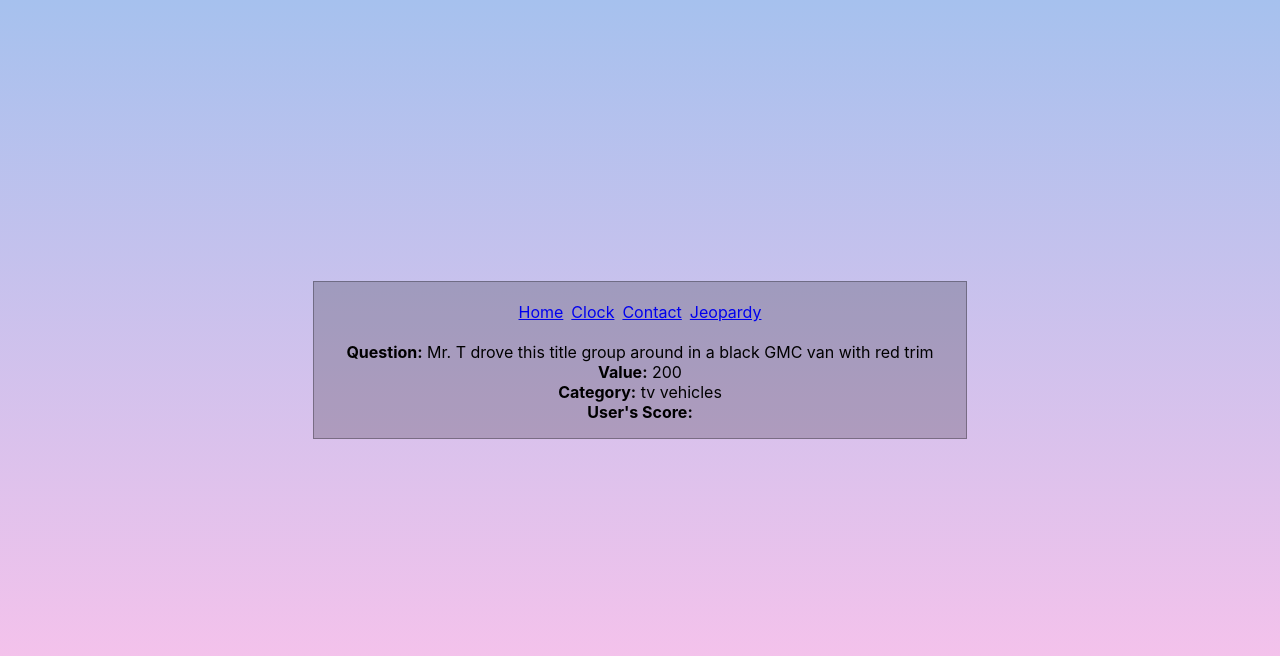
Repository: marcusmerrick/jeopardy
Page: /jeopardy
These files come from the project's save history. The page is drawn as it stood at one moment and after the next save; the edit follows.
The browser window is 1280 px wide. The pictures show the whole page.
The page's requests for data from a server got no answer. The project was rebuilt for these pictures with package versions that can differ from the ones it lists, and the page was loaded fresh each time. No one was signed in, and anything a server would have sent is missing. Also part of the build but not shown: src/Components/Welcome/Welcome.js, src/Components/Clocks/Clock.js, src/Components/Contact/Contact.js.

Above is the page before, as saved 2020-08-28 10:58:06.

### src/index.css
body {
  margin: 0;
  padding: 0;
  font-family: -apple-system, BlinkMacSystemFont, "Segoe UI", "Roboto", "Oxygen",
    "Ubuntu", "Cantarell", "Fira Sans", "Droid Sans", "Helvetica Neue",
    sans-serif;
  -webkit-font-smoothing: antialiased;
  -moz-osx-font-smoothing: grayscale;

  display: flex;
  height: 100vh;
  align-items: center;
  justify-content: center;

  background-image: linear-gradient(to top, #fbc2eb 0%, #a6c1ee 100%);
}

.App {
  background: rgba(0, 0, 0, 0.2);
  border: 1px solid rgba(0, 0 ,0, 0.3);
  padding: 1rem 2rem;
}

form > div {
  margin-bottom: 0.5rem;
}

label {
  margin-right: 0.5rem;
}

input {
  border: 1px solid rgba(0, 0 ,0, 0.5);
  font-size: 1rem;
  padding: 4px;
}

button {
  background: #7067CFAA;
  padding: 4px;
  border: 1px solid rgba(0, 0 ,0, 0.5);
  color: white;
  font-size: 1rem;
  width: 100%;
}

.Welcome {
  width: 100%;
}

.Navigation {
  margin-bottom: 1rem;
}

.Navigation ul {
  list-style-type: none;
  margin: 0;
  padding: 0;
}

.Navigation li {
  display: inline-block;
}

.Navigation a {
  display: block;
  padding: 4px;
}

### src/App.js
import React from "react";
import { Route, Switch, Redirect } from 'react-router-dom';
import "./App.css";
import Navigation from './Components/Navigation/Navigation'
import Welcome from './Components/Welcome/Welcome';
import Clock from './Components/Clocks/Clock';
import Contact from './Components/Contact/Contact';
import getTodo from './Services/todoService'
import Jeopardy from "./Components/jeopardy/Jeopardy";
getTodo(1)



function App() {

  return (<div className="App">

    <Navigation />
     {/* define our routes */}

     <Switch>
      <Route
          exact

          path="/Welcome/:name"
          render={(props) => <Welcome {...props} />}
      />
        <Route
        exact path='/'
        render={(props) => <Welcome {...props} name="Marcus" />}
      />

        <Route path="/clock" component={Clock} />
        <Route path="/contact" component={Contact} />
        <Route path="/jeopardy" component={Jeopardy} />
        <Route render= {
          () => <h1>404 Not Found</h1>
        } />
      </Switch>

    </div>
    );
}

export default App;

### src/Components/Navigation/Navigation.js
import React from 'react';
import { Link } from 'react-router-dom';

function Navigation(){
    return(
        <div className="Navigation">
            <ul>
                <li><Link to='/'>Home</Link></li>
                <li><Link to='Clock'>Clock</Link></li>
                <li><Link to='Contact'>Contact</Link></li>
                <li><Link to='Jeopardy'>Jeopardy</Link></li>
            </ul>
        </div>
    )
};

export default Navigation;

### src/Services/todoService.js
function getTodo(id = 1) {

  // const promise =   fetch('https://jsonplaceholder.typicode.com/todos/' + id)
  // console.log("1.", promise)
  // const promiseofwhat = promise.then(response => response.json())
  // console.log('2.', promiseofwhat)

  // promiseofwhat.then(payload => {
  //   console.log(payload)
  // })

console.log('First')
fetch('https://jsonplaceholder.typicode.com/todos/' + id)
  .then(response => {
    console.log('Second')
    return response.json()
  })
  .then (payload => {
    console.log('Third')
    console.log(payload)
  })
  console.log('Fourth')
}

// First console is synchronous (runs immediately
// in the order written)

// Second console is asynchronous and cannot run until the http request/response  succeeds

//Third console is asynchronous and cannot run until the http response body is finallly hydrated into a JS object

//fourth console is synchronous, so run immediately after the previous sync thing

export default getTodo

### src/Components/jeopardy/Jeopardy.js
import React, { Component } from 'react';
//import our service
import JeopardyService from "../../jeopardyService";
class Jeopardy extends Component {
  //set our initial state and set up our service as this.client on this component
  constructor(props){
    super(props);
    this.client = new JeopardyService();
    this.state = {
      data:   {
        "id": null,
        "answer": "",
        "question": "Mr. T drove this title group around in a black GMC van with red trim",
        "value": 200,
        "airdate": "1997-09-29T12:00:00.000Z",
        "created_at": "2014-02-11T23:01:57.371Z",
        "updated_at": "2014-02-11T23:01:57.371Z",
        "category_id": 2994,
        "game_id": null,
        "invalid_count": null,
        "category": {
          "id": 2994,
          "title": "tv vehicles",
          "created_at": "2014-02-11T23:01:57.180Z",
          "updated_at": "2014-02-11T23:01:57.180Z",
          "clues_count": 5
        }
      },
      score: 0
    }

  }
  //get a new random question from the API and add it to the data object in state
  getNewQuestion() {
    return this.client.getQuestion().then(result => {
      this.setState({
        data: result.data[0]
      })
    })
  }
  //when the component mounts, get a the first question
  componentDidMount() {
    this.getNewQuestion();
  }
  //display the results on the screen
  render() {

    let category = 'loading'

    if (this.state.data.category && this.state.data.category.title){ category = this.state.data.category.title}
    return (
      <div>
        <strong>Question:</strong> {this.state.data.question} <br/>
       <strong>Value:</strong> {this.state.data.value}
       <br/>
       <strong>Category:</strong> {category}
       <br/>
       <strong>User's Score:</strong> {this.state.data.score}
      </div>
    );
  }
}
export default Jeopardy;

### src/jeopardyService.js
//import the axios HTTP client to communicate with the API
import axios from 'axios';
class JeopardyService {
    constructor(url = 'http://jservice.io/api/random', client = axios.create()){
        this.url = url;
        this.client = client;
    }
    getQuestion(){
        return this.client.get(this.url);
    }
}
export default JeopardyService;

Loaded but not shown: public/index.html (common file); src/index.js (common file); src/serviceWorker.js (common file); src/App.css (common file)

After the next save:
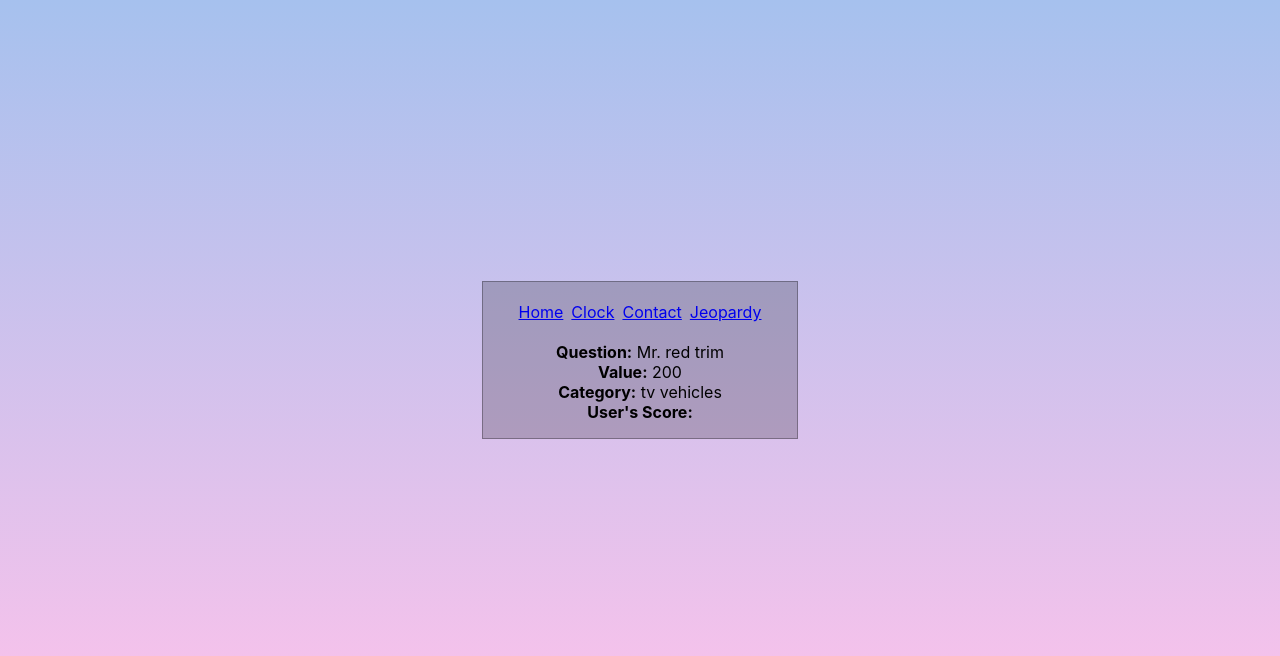
Saved 4 s later.
--- a/src/Components/jeopardy/Jeopardy.js
+++ b/src/Components/jeopardy/Jeopardy.js
@@ -10,7 +10,7 @@ class Jeopardy extends Component {
       data:   {
         "id": null,
         "answer": "",
-        "question": "Mr. T drove this title group around in a black GMC van with red trim",
+        "question": "Mr. red trim",
         "value": 200,
         "airdate": "1997-09-29T12:00:00.000Z",
         "created_at": "2014-02-11T23:01:57.371Z",
